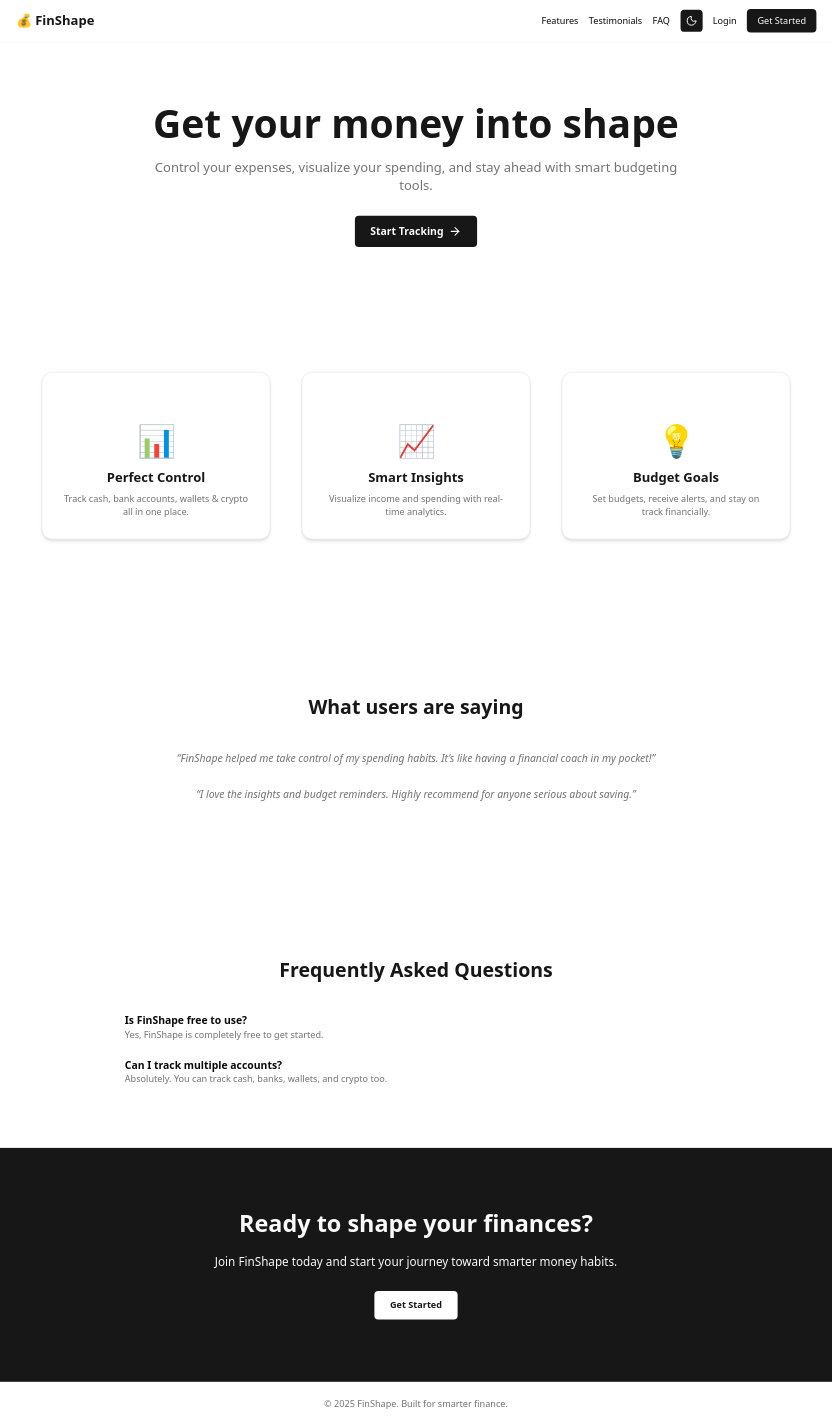
Repository: ruthvik-mt/Trackifi
Page: /categories (app in frontend/)
An editor plug-in stored every save of this project. The page is shown before and after a run of saves, followed by the edit.
The browser window is 1280 px wide. The pictures show the whole page, at 65% of full size.
The project was rebuilt for these pictures with package versions that can differ from the ones it lists, and the page was loaded fresh each time. Also part of the build but not shown: frontend/vite.config.ts, frontend/src/components/FormInput.tsx, frontend/src/pages/Auth/Login.tsx, frontend/src/pages/Auth/Register.tsx, frontend/src/components/Sidebar.tsx, frontend/src/components/ThemeToggleButton.tsx, frontend/src/components/Navbar.tsx, frontend/src/pages/Dashboard/Layout.tsx and 20 more.

Above is the page before, as saved 2025-07-15 20:43:41.

### frontend/index.html
<!-- index.html -->
<!DOCTYPE html>
<html lang="en">
  <head>
    <meta charset="UTF-8" />
    <link rel="icon" href="/favicon.svg" />
    <meta name="viewport" content="width=device-width, initial-scale=1.0" />

    <!-- Critical script: apply theme before paint -->
    <script>
      const theme = localStorage.getItem("theme");
      if (
        theme === "dark" ||
        (!theme && window.matchMedia("(prefers-color-scheme: dark)").matches)
      ) {
        document.documentElement.classList.add("dark");
      } else {
        document.documentElement.classList.remove("dark");
      }
    </script>

    <title>FinShape</title>
  </head>
  <body>
    <div id="root"></div>
    <script type="module" src="/src/main.tsx"></script>
  </body>
</html>

### frontend/src/main.tsx
import React from "react";
import ReactDOM from "react-dom/client";
import App from "./App";
import "./tailwind.css";
import { AuthProvider } from "./context/AuthProvider";
import { ThemeProvider } from "./context/ThemeProvider"; // ✅ Add ThemeProvider
import { BrowserRouter as Router } from "react-router-dom";

ReactDOM.createRoot(document.getElementById("root")!).render(
  <React.StrictMode>
    <Router>
      {/* ✅ Wrap app with theme context */}
      <ThemeProvider>
        <AuthProvider>
          <App />
        </AuthProvider>
      </ThemeProvider>
    </Router>
  </React.StrictMode>
);

### frontend/src/App.tsx
import { Routes, Route, Navigate } from "react-router-dom";
import Login from "./pages/Auth/Login";
import Register from "./pages/Auth/Register";
import Dashboard from "./pages/Dashboard/Dashboard";
import CategoryList from "./pages/Categories/CategoryList";
import TransactionList from "./pages/Transactions/TransactionList";
import BudgetList from "./pages/Budgets/BudgetList";
import MonthlyTotal from "./pages/Insights/MonthlyTotal";
import CategoryBreakdown from "./pages/Insights/CategoryBreakdown";
import BudgetComparison from "./pages/Insights/BudgetComparison";
import ProtectedRoute from "./components/ProtectedRoute";
import LandingPage from "./pages/LandingPage"; // ✅ Add this import

export default function App() {
  return (
    <Routes>
      {/* Landing Page */}
      <Route path="/" element={<LandingPage />} /> {/* ✅ New route */}

      {/* Auth Routes */}
      <Route path="/login" element={<Login />} />
      <Route path="/register" element={<Register />} />

      {/* Protected Routes */}
      <Route
        path="/dashboard"
        element={
          <ProtectedRoute>
            <Dashboard />
          </ProtectedRoute>
        }
      />
      <Route
        path="/categories"
        element={
          <ProtectedRoute>
            <CategoryList />
          </ProtectedRoute>
        }
      />
      <Route
        path="/transactions"
        element={
          <ProtectedRoute>
            <TransactionList />
          </ProtectedRoute>
        }
      />
      <Route
        path="/budgets"
        element={
          <ProtectedRoute>
            <BudgetList />
          </ProtectedRoute>
        }
      />
      <Route
        path="/insights/monthly-total"
        element={
          <ProtectedRoute>
            <MonthlyTotal />
          </ProtectedRoute>
        }
      />
      <Route
        path="/insights/category-breakdown"
        element={
          <ProtectedRoute>
            <CategoryBreakdown />
          </ProtectedRoute>
        }
      />
      <Route
        path="/insights/budget-comparison"
        element={
          <ProtectedRoute>
            <BudgetComparison />
          </ProtectedRoute>
        }
      />

      {/* Fallback Route */}
      <Route path="*" element={<Navigate to="/" />} /> {/* ✅ Updated from "/login" to "/" */}
    </Routes>
  );
}

### frontend/src/tailwind.css
@tailwind base;
@tailwind components;
@tailwind utilities;

/* =========================
   Base Theme Variables
   ========================= */

@layer base {
  :root {
    --background: 0 0% 100%;
    --foreground: 0 0% 3.9%;

    --card: 0 0% 100%;
    --card-foreground: 0 0% 3.9%;

    --popover: 0 0% 100%;
    --popover-foreground: 0 0% 3.9%;

    --primary: 0 0% 9%;
    --primary-foreground: 0 0% 98%;

    --secondary: 0 0% 96.1%;
    --secondary-foreground: 0 0% 9%;

    --muted: 0 0% 96.1%;
    --muted-foreground: 0 0% 45.1%;

    --accent: 0 0% 96.1%;
    --accent-foreground: 0 0% 9%;

    --destructive: 0 84.2% 60.2%;
    --destructive-foreground: 0 0% 98%;

    --border: 0 0% 89.8%;
    --input: 0 0% 89.8%;
    --ring: 0 0% 3.9%;

    --chart-1: 12 76% 61%;
    --chart-2: 173 58% 39%;
    --chart-3: 197 37% 24%;
    --chart-4: 43 74% 66%;
    --chart-5: 27 87% 67%;

    --radius: 0.5rem;

    --tooltip-bg: #ffffff;
    --tooltip-color: #000000;
  }

  .dark {
    --background: 0 0% 3.9%;
    --foreground: 0 0% 98%;

    --card: 0 0% 3.9%;
    --card-foreground: 0 0% 98%;

    --popover: 0 0% 3.9%;
    --popover-foreground: 0 0% 98%;

    --primary: 0 0% 98%;
    --primary-foreground: 0 0% 9%;

    --secondary: 0 0% 14.9%;
    --secondary-foreground: 0 0% 98%;

    --muted: 0 0% 14.9%;
    --muted-foreground: 0 0% 63.9%;

    --accent: 0 0% 14.9%;
    --accent-foreground: 0 0% 98%;

    --destructive: 0 62.8% 30.6%;
    --destructive-foreground: 0 0% 98%;

    --border: 0 0% 14.9%;
    --input: 0 0% 14.9%;
    --ring: 0 0% 83.1%;

    --chart-1: 220 70% 50%;
    --chart-2: 160 60% 45%;
    --chart-3: 30 80% 55%;
    --chart-4: 280 65% 60%;
    --chart-5: 340 75% 55%;

    --tooltip-bg: #d9dde2; /* dark gray or slate */
    --tooltip-color: #0d0f11;
  }
}

/* =========================
   Global Element Styles
   ========================= */
@layer base {
  * {
    @apply border-border;
  }

  html,
  body {
    @apply bg-background text-foreground antialiased;
    min-height: 100%;
    scroll-behavior: smooth;
  }

  input,
  select,
  textarea {
    @apply bg-input text-foreground placeholder-muted-foreground
           border border-border rounded px-3 py-2
           focus:outline-none focus:ring-2 focus:ring-ring;
  }

  button {
    @apply transition-colors bg-primary text-primary-foreground px-4 py-2 rounded
           hover:bg-primary/90 focus:outline-none focus:ring-2 focus:ring-ring;
  }
}

### frontend/src/context/AuthProvider.tsx
// import { ReactNode, useCallback, useEffect, useState } from "react";
// import { AuthContext } from "./AuthContext";
// import { User } from "@/types/Auth";
// import { getCurrentUser } from "@/api/user";
// import { useNavigate } from "react-router-dom";

// interface Props {
//   children: ReactNode;
// }

// export const AuthProvider = ({ children }: Props) => {
//   const [token, setToken] = useState<string | null>(() =>
//     localStorage.getItem("token")
//   );
//   const [user, setUser] = useState<User | null>(null);
//   const navigate = useNavigate();

//   const logout = useCallback(() => {
//     localStorage.removeItem("token");
//     setToken(null);
//     setUser(null);
//     navigate("/login");
//   }, [navigate]);

//   const fetchUser = useCallback(async () => {
//     try {
//       const userData = await getCurrentUser();
//       setUser(userData);
//     } catch (err) {
//       console.error("Failed to fetch user:", err);
//       logout();
//     }
//   }, [logout]);

//   const login = useCallback(
//     (newToken: string) => {
//       localStorage.setItem("token", newToken);
//       setToken(newToken);
//       fetchUser();
//     },
//     [fetchUser]
//   );

//   useEffect(() => {
//     if (token) {
//       fetchUser();
//     }
//   }, [token, fetchUser]);

//   return (
//     <AuthContext.Provider value={{ token, user, login, logout }}>
//       {children}
//     </AuthContext.Provider>
//   );
// };

import { useState, useEffect } from "react";
import { AuthContext } from "./AuthContext";
import axios from "../axios";

export const AuthProvider = ({ children }: { children: React.ReactNode }) => {
  const [token, setToken] = useState<string | null>(() => localStorage.getItem("token"));

  // Set Authorization header on load (if token exists)
  useEffect(() => {
    if (token) {
      axios.defaults.headers.common["Authorization"] = `Bearer ${token}`;
    }
  }, [token]);

  const login = async (email: string, password: string) => {
    const res = await axios.post("/api/auth/login", { email, password });
    const jwt = res.data.token;

    setToken(jwt);
    localStorage.setItem("token", jwt);
    axios.defaults.headers.common["Authorization"] = `Bearer ${jwt}`; // ✅ set globally
  };

  const logout = () => {
    setToken(null);
    localStorage.removeItem("token");
    delete axios.defaults.headers.common["Authorization"]; // ✅ remove on logout
  };

  return (
    <AuthContext.Provider value={{ token, login, logout }}>
      {children}
    </AuthContext.Provider>
  );
};

### frontend/src/context/ThemeProvider.tsx
import { useEffect, useState, ReactNode } from "react";
import { ThemeContext, Theme } from "./ThemeContext";

export const ThemeProvider = ({ children }: { children: ReactNode }) => {
  const getInitialTheme = (): Theme => {
    if (typeof window === "undefined") return "light";
    const stored = localStorage.getItem("theme");
    if (stored === "light" || stored === "dark") return stored;
    return window.matchMedia("(prefers-color-scheme: dark)").matches ? "dark" : "light";
  };

  const [theme, setTheme] = useState<Theme>(getInitialTheme);

  useEffect(() => {
    const root = document.documentElement;
    if (theme === "dark") {
      root.classList.add("dark");
    } else {
      root.classList.remove("dark");
    }
    localStorage.setItem("theme", theme);
  }, [theme]);

  const toggleTheme = () => setTheme(prev => (prev === "dark" ? "light" : "dark"));

  return (
    <ThemeContext.Provider value={{ theme, toggleTheme }}>
      {children}
    </ThemeContext.Provider>
  );
};

### frontend/src/components/ProtectedRoute.tsx
// // src/components/ProtectedRoute.tsx
// import { Navigate } from "react-router-dom";
// import { useAuth } from "@/hooks/useAuth";
// import { ReactNode } from "react";

// const ProtectedRoute = ({ children }: { children: ReactNode }) => {
//   const { token } = useAuth();
//   return token ? <>{children}</> : <Navigate to="/login" replace />;
// };

// export default ProtectedRoute;

import { Navigate } from "react-router-dom";
import { useAuth } from "../hooks/useAuth"; // ✅ Correct path
import { JSX } from "react/jsx-runtime";

export default function ProtectedRoute({ children }: { children: JSX.Element }) {
  const { token } = useAuth();

  if (!token) return <Navigate to="/" replace />;
  return children;
}

### frontend/src/pages/LandingPage.tsx
import { Link } from "react-router-dom";
import { motion } from "framer-motion";
import { ArrowRight, Moon, Sun } from "lucide-react";
import { useTheme } from "../hooks/useTheme";
import { useState, useEffect } from "react";
import { Spinner } from "@/components/Spinner";

export default function LandingPage() {
  const { theme, toggleTheme } = useTheme();
  const [buttonLoading, setButtonLoading] = useState(true);

  useEffect(() => {
    const timer = setTimeout(() => setButtonLoading(false), 1000);
    return () => clearTimeout(timer);
  }, []);

  return (
    <div className="min-h-screen bg-background text-foreground">
      {/* ────────────── Header ────────────── */}
      <header className="sticky top-0 z-10 h-16 bg-card text-card-foreground shadow-sm flex items-center justify-between px-6">
        <div className="text-xl font-bold text-primary">💰 FinShape</div>

        <nav className="flex items-center gap-4">
          <a href="#features" className="text-sm font-medium hover:text-primary transition-colors">Features</a>
          <a href="#testimonials" className="text-sm font-medium hover:text-primary transition-colors">Testimonials</a>
          <a href="#faq" className="text-sm font-medium hover:text-primary transition-colors">FAQ</a>

          <button
            onClick={toggleTheme}
            className="px-2 py-2 rounded-md text-sm font-medium bg-primary text-primary-foreground hover:bg-primary/90 transition-colors flex items-center justify-center"
            aria-label={`Switch to ${theme === "dark" ? "light" : "dark"} mode`}
          >
            {theme === "dark" ? <Sun size={18} /> : <Moon size={18} />}
          </button>

          <Link
            to="/login"
            className="text-sm font-medium hover:underline hover:text-primary transition-colors"
          >
            Login
          </Link>

          {buttonLoading ? (
            <Spinner size="default" />
          ) : (
            <Link to="/register">
              <button className="px-4 py-2 rounded-md text-sm font-medium bg-primary text-primary-foreground hover:bg-primary/90 transition-colors">
                Get Started
              </button>
            </Link>
          )}
        </nav>
      </header>

      {/* ────────────── Hero Section ────────────── */}
      <motion.section
        className="text-center px-6 py-24 max-w-4xl mx-auto"
        initial={{ opacity: 0, y: 30 }}
        animate={{ opacity: 1, y: 0 }}
        transition={{ duration: 0.6 }}
      >
        <h1 className="text-5xl md:text-6xl font-extrabold leading-tight mb-6 text-primary">
          Get your money into shape
        </h1>
        <p className="text-lg md:text-xl text-muted-foreground mb-8">
          Control your expenses, visualize your spending, and stay ahead with smart budgeting tools.
        </p>

        {buttonLoading ? (
          <div className="flex justify-center">
            <Spinner size="lg" />
          </div>
        ) : (
          <Link to="/register">
            <button
              aria-label="Start tracking your expenses"
              className="px-6 py-3 rounded-md font-semibold bg-primary text-primary-foreground hover:bg-primary/90 inline-flex items-center gap-2 transition-colors"
            >
              Start Tracking <ArrowRight size={20} />
            </button>
          </Link>
        )}
      </motion.section>

      {/* ────────────── Features Section ────────────── */}
      <motion.section
        id="features"
        className="py-24 px-6 bg-background"
        initial={{ opacity: 0 }}
        whileInView={{ opacity: 1 }}
        viewport={{ once: true, amount: 0.2 }}
        transition={{ duration: 0.8 }}
      >
        <div className="max-w-6xl mx-auto grid gap-12 md:grid-cols-3 text-center">
          {[
            {
              icon: "📊",
              title: "Perfect Control",
              desc: "Track cash, bank accounts, wallets & crypto all in one place.",
            },
            {
              icon: "📈",
              title: "Smart Insights",
              desc: "Visualize income and spending with real-time analytics.",
            },
            {
              icon: "💡",
              title: "Budget Goals",
              desc: "Set budgets, receive alerts, and stay on track financially.",
            },
          ].map(({ icon, title, desc }, index) => (
            <motion.div
              key={title}
              className="bg-white dark:bg-zinc-900 text-zinc-800 dark:text-white border border-border p-8 rounded-2xl shadow-md hover:shadow-xl transition-transform"
              initial={{ opacity: 0, y: 40, scale: 0.95 }}
              whileInView={{ opacity: 1, y: 0, scale: 1 }}
              viewport={{ once: true, amount: 0.3 }}
              whileHover={{ scale: 1.06 }}
              transition={{
                duration: 0.6,
                delay: index * 0.2,
                type: "spring",
                stiffness: 120,
              }}
            >
              <div className="h-12 bg-gradient-to-b from-transparent to-background" />
              <div className="text-5xl mb-5">{icon}</div>
              <h3 className="text-xl font-bold mb-2 text-primary">{title}</h3>
              <p className="text-sm text-muted-foreground">{desc}</p>
            </motion.div>
          ))}
        </div>
      </motion.section>

      {/* ────────────── Testimonials Section ────────────── */}
     <motion.section
  id="testimonials"
  className="py-24 px-6 bg-background text-center"
  initial={{ opacity: 0 }}
  whileInView={{ opacity: 1 }}
  viewport={{ once: true, amount: 0.2 }}
  transition={{ duration: 0.8 }}
>
  <div className="h-12 bg-gradient-to-b from-transparent to-background" />
  <h2 className="text-3xl font-bold mb-12 text-primary">What users are saying</h2>
  <div className="max-w-4xl mx-auto space-y-8">
    <blockquote className="italic text-muted-foreground">
      “FinShape helped me take control of my spending habits. It’s like having a financial coach in my pocket!”
    </blockquote>
    <blockquote className="italic text-muted-foreground">
      “I love the insights and budget reminders. Highly recommend for anyone serious about saving.”
    </blockquote>
  </div>
</motion.section>


      {/* ────────────── FAQ Section ────────────── */}
     <motion.section
  id="faq"
  className="py-24 px-6 bg-background"
  initial={{ opacity: 0 }}
  whileInView={{ opacity: 1 }}
  viewport={{ once: true, amount: 0.2 }}
  transition={{ duration: 0.8 }}
>
  <div className="h-12 bg-gradient-to-b from-transparent to-background" />
  <h2 className="text-3xl font-bold mb-12 text-center text-primary">Frequently Asked Questions</h2>
  <div className="max-w-4xl mx-auto space-y-6">
    <div>
      <h4 className="font-semibold">Is FinShape free to use?</h4>
      <p className="text-sm text-muted-foreground">
        Yes, FinShape is completely free to get started.
      </p>
    </div>
    <div>
      <h4 className="font-semibold">Can I track multiple accounts?</h4>
      <p className="text-sm text-muted-foreground">
        Absolutely. You can track cash, banks, wallets, and crypto too.
      </p>
    </div>
  </div>
</motion.section>


      {/* ────────────── Call to Action ────────────── */}
      <motion.section
        id="cta"
        className="py-24 px-6 bg-primary text-primary-foreground text-center"
        initial={{ opacity: 0 }}
        whileInView={{ opacity: 1 }}
        viewport={{ once: true, amount: 0.2 }}
        transition={{ duration: 0.8 }}
      >

        <h2 className="text-4xl font-bold mb-6">Ready to shape your finances?</h2>
        <p className="mb-8 text-lg">Join FinShape today and start your journey toward smarter money habits.</p>
        <Link to="/register">
          <button className="px-6 py-3 text-sm font-semibold bg-white text-primary rounded-md hover:bg-white/90 transition-colors">
            Get Started
          </button>
        </Link>
      </motion.section>

      {/* ────────────── Footer ────────────── */}
      <footer className="text-center py-6 text-sm text-muted-foreground bg-background">
        © {new Date().getFullYear()} FinShape. Built for smarter finance.
      </footer>
    </div>
  );
}

### frontend/src/context/AuthContext.tsx
// import { createContext } from "react";
// import { User } from "@/types/Auth";

// export interface AuthContextType {
//   token: string | null;
//   user: User | null;
//   login: (token: string) => void;
//   logout: () => void;
// }

// export const AuthContext = createContext<AuthContextType>({
//   token: null,
//   user: null,
//   login: () => {},
//   logout: () => {},
// });

// src/context/AuthContext.ts
import { createContext } from "react";

export interface AuthContextType {
  token: string | null;
  login: (email: string, password: string) => Promise<void>;
  logout: () => void;
}

export const AuthContext = createContext<AuthContextType>(
  {} as AuthContextType // ✅ Safe for use without null-checks
);

### frontend/src/axios.ts
// // src/axios.ts
// import axios from "axios";

// const axiosInstance = axios.create({
//   baseURL: "http://localhost:8080/api",
// });

// axiosInstance.interceptors.request.use((config) => {
//   const token = localStorage.getItem("token");
//   if (token && config.headers) {
//     config.headers.Authorization = `Bearer ${token}`;
//   }
//   return config;
// });

// export default axiosInstance;

// src/axios.ts
// src/axios.ts
import axios from "axios";

const instance = axios.create({
  baseURL: "", // <-- frontend sends /api/... and Vite handles the proxy
  headers: {
    "Content-Type": "application/json",
  },
});

instance.interceptors.request.use((config) => {
  const token = localStorage.getItem("token");
  if (token) {
    config.headers = config.headers || {};
    config.headers["Authorization"] = `Bearer ${token}`;
  }
  return config;
});

export default instance;

### frontend/src/context/ThemeContext.tsx
import { createContext } from "react";

export type Theme = "light" | "dark";

export interface ThemeContextType {
  theme: Theme;
  toggleTheme: () => void;
}

export const ThemeContext = createContext<ThemeContextType | undefined>(undefined);

### frontend/src/hooks/useAuth.ts
// import { useContext } from "react";
// import { AuthContext } from "@/context/AuthContext";

// export const useAuth = () => useContext(AuthContext);

import { useContext } from "react";
import { AuthContext } from "../context/AuthContext";

export const useAuth = () => {
  const ctx = useContext(AuthContext);
  if (!ctx) throw new Error("useAuth must be used inside <AuthProvider>");
  return ctx;
};

### frontend/src/hooks/useTheme.ts
// src/hooks/useTheme.ts
import { useContext } from "react";
import { ThemeContext } from "../context/ThemeContext";

export function useTheme() {
  const context = useContext(ThemeContext);
  if (!context) {
    throw new Error("useTheme must be used within a ThemeProvider");
  }
  return context;
}

### frontend/src/components/Spinner.tsx
// src/components/Spinner.tsx
import { cn } from "@/lib/utils";
import { cva, VariantProps } from "class-variance-authority";
import { Loader } from "lucide-react";

const spinnerVariants = cva("text-muted-foreground animate-spin", {
  variants: {
    size: {
      default: "h-4 w-4",
      sm: "h-2 w-2",
      lg: "h-6 w-6",
      icon: "h-10 w-10",
    },
  },
  defaultVariants: {
    size: "default",
  },
});

interface SpinnerProps extends VariantProps<typeof spinnerVariants> {
  className?: string;
}

export const Spinner = ({ size }: SpinnerProps) => {
  return <Loader className={cn(spinnerVariants({ size }))} />;
};

Loaded but not shown: frontend/src/lib/utils.ts (common file); frontend/tailwind.config.js (86 lines, source omitted)

After the next 4 saves:
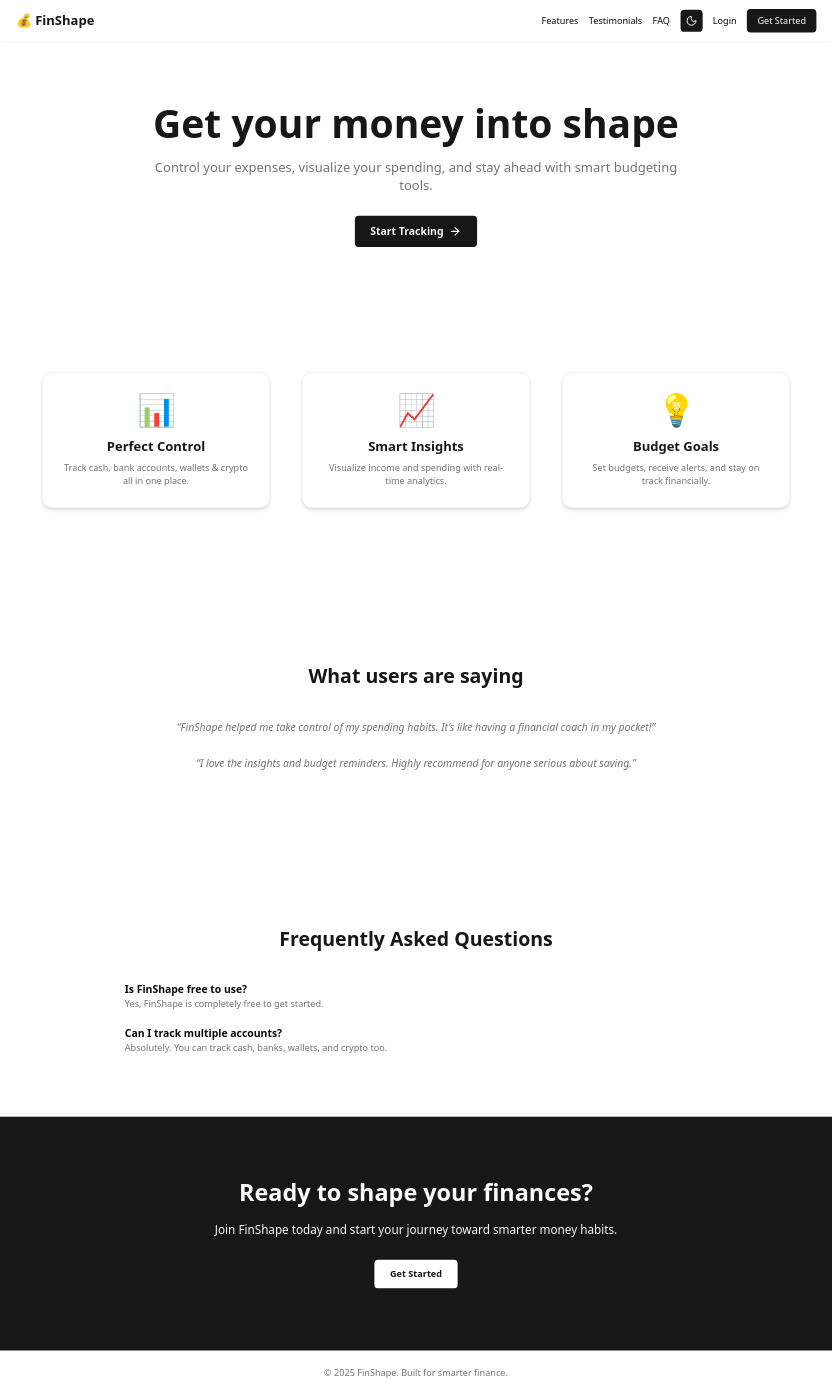
The 4 saves are shown as one change because they came seconds apart.
The last was saved 13 s later.
--- a/frontend/src/pages/LandingPage.tsx
+++ b/frontend/src/pages/LandingPage.tsx
@@ -123,7 +123,6 @@ export default function LandingPage() {
                 stiffness: 120,
               }}
             >
-              <div className="h-12 bg-gradient-to-b from-transparent to-background" />
               <div className="text-5xl mb-5">{icon}</div>
               <h3 className="text-xl font-bold mb-2 text-primary">{title}</h3>
               <p className="text-sm text-muted-foreground">{desc}</p>
@@ -191,7 +190,6 @@ export default function LandingPage() {
         viewport={{ once: true, amount: 0.2 }}
         transition={{ duration: 0.8 }}
       >
-
         <h2 className="text-4xl font-bold mb-6">Ready to shape your finances?</h2>
         <p className="mb-8 text-lg">Join FinShape today and start your journey toward smarter money habits.</p>
         <Link to="/register">
